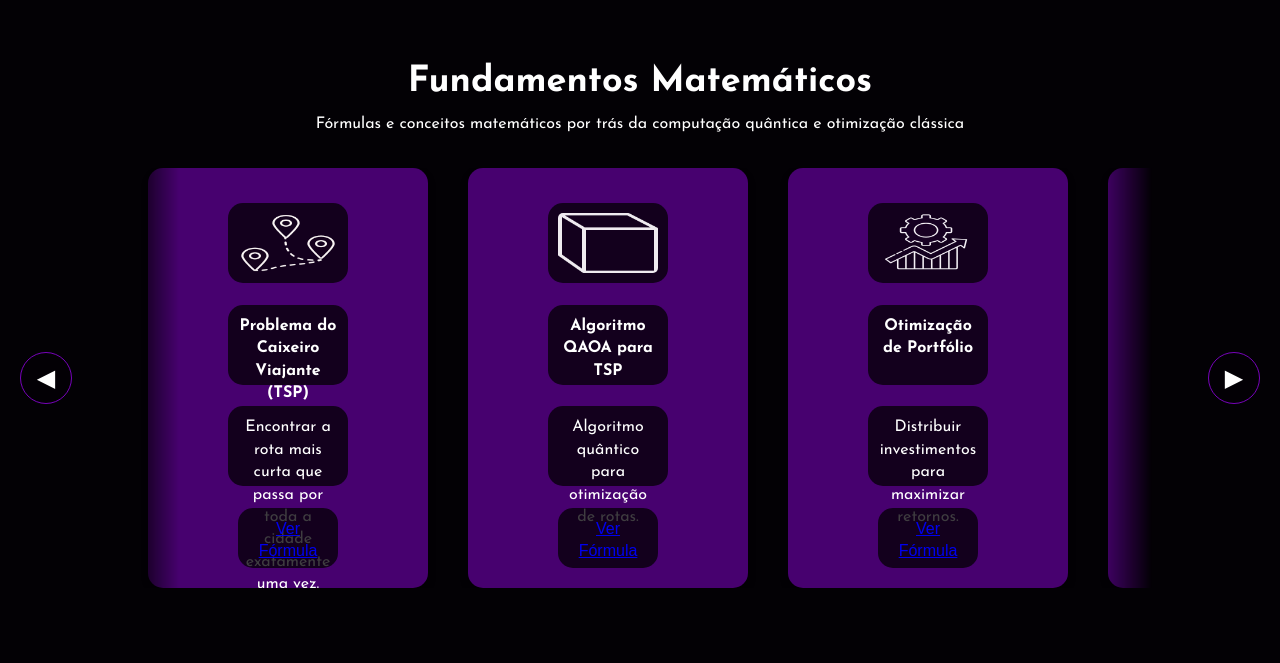
Repository: Everson9/Projeto-de-escalabilidade-quantica-definitivo
Page: fundamentos.html
An editor plug-in stored every save of this project. The page is shown before and after the next save, followed by the edit.
The browser window is 1280 px wide. The pictures show the whole page.

Above is the page before, as saved 2025-10-01 11:08:27.
Not found: script.js

After the next save:
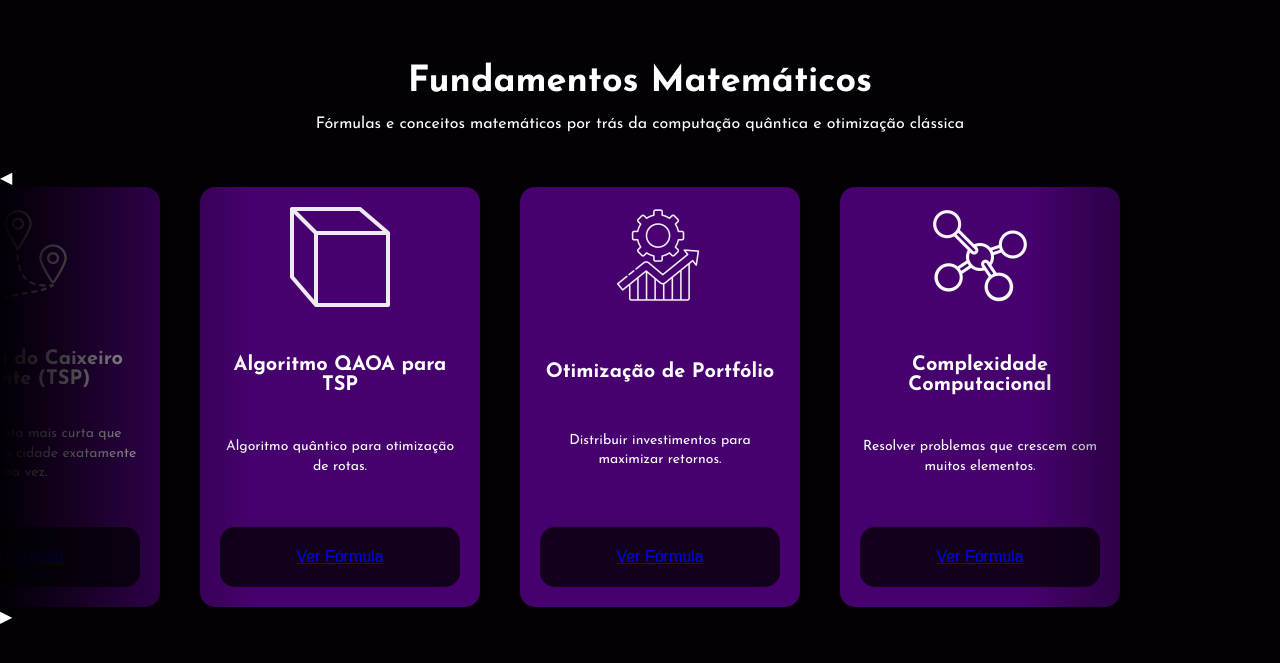
Saved 14 s later.
--- a/fundamentos.css
+++ b/fundamentos.css
@@ -9,7 +9,7 @@
     align-items: center;
     justify-content: flex-start;
     text-decoration: none;
-    overflow-x: hidden;
+    overflow-x: hidden; /* Esconde a barra de rolagem horizontal */
 }
 
 .fundamentos-matematicos {
@@ -24,7 +24,7 @@
     margin-bottom: 10px;
 }
 
-/* Estilos dos Cards (sem alterações) */
+/* Estilos dos Cards */
 .formula_1 {
     width: 240px;
     height: 380px;
@@ -35,17 +35,42 @@
     flex-direction: column;
     justify-content: space-between;
     box-shadow: 0 4px 8px rgba(0, 0, 0, 0.2);
-    margin: 0 20px;
-    flex-shrink: 0;
+    margin: 0 20px; /* Espaçamento entre os cards */
+    flex-shrink: 0; /* Impede que os cards encolham */
 }
 
-.formula_1 h4, .formula_1 p, .formula_1 img, .button {
-    /* ... seus estilos existentes para os elementos do card ... */
-    /* (copie e cole os estilos da versão anterior aqui) */
-    font-size: 20px; margin-bottom: 10px; text-align: center; /* h4 */
-    width: 100px; height: 100px; margin: 0 auto; /* img */
-    text-align: center; font-size: 14px; line-height: 1.4; margin-top: 10px; /* p */
-    background-color: #030105C2; border: none; padding: 10px; color: white; font-size: 16px; text-align: center; height: 60px; border-radius: 15px; cursor: pointer; text-decoration: none; margin-top: 15px; transition: background-color 0.3s; /* button */
+.formula_1 h4 {
+    font-size: 20px;
+    margin-bottom: 10px;
+    text-align: center;
+}
+
+.formula_1 img {
+    width: 100px;
+    height: 100px;
+    margin: 0 auto;
+}
+
+.formula_1 p {
+    text-align: center;
+    font-size: 14px;
+    line-height: 1.4;
+    margin-top: 10px;
+}
+
+.button {
+    background-color: #030105C2;
+    border: none;
+    padding: 10px;
+    color: white;
+    font-size: 16px;
+    text-align: center;
+    height: 60px;
+    border-radius: 15px;
+    cursor: pointer;
+    text-decoration: none;
+    margin-top: 15px;
+    transition: background-color 0.3s;
 }
 
 .button:hover {
@@ -53,57 +78,34 @@
     color: #030105;
 }
 
-/* --- Novas Classes para o Carrossel e Setas --- */
+/* --- Novas Classes para o Carrossel --- */
 
-.carousel-wrapper {
-    position: relative; /* Necessário para posicionar as setas */
+.carousel-container {
     width: 100%;
     display: flex;
-    align-items: center;
-    justify-content: center;
-}
-
-.carousel-container {
-    width: 80%; /* Ajuste a largura conforme necessário */
-    overflow: hidden;
-    -webkit-mask-image: linear-gradient(to right, transparent, black 5%, black 95%, transparent);
-    mask-image: linear-gradient(to right, transparent, black 5%, black 95%, transparent);
+    justify-content: flex-start; /* Alinha a trilha no início */
+    overflow: hidden; /* Essencial para esconder o que está fora da tela */
+    -webkit-mask-image: linear-gradient(to right, transparent, black 20%, black 80%, transparent);
+    mask-image: linear-gradient(to right, transparent, black 20%, black 80%, transparent);
 }
 
 .carousel-track {
-    display: flex;
-    /* Removemos a animação automática */
-    transition: transform 0.5s ease-in-out; /* Adiciona uma transição suave */
+    display: flex; /* Coloca os cards em linha */
+    animation: scroll 40s linear infinite; /* Aplica a animação */
 }
 
-.carousel-btn {
-    position: absolute;
-    top: 50%;
-    transform: translateY(-50%);
-    background-color: rgba(3, 1, 5, 0.8);
-    color: white;
-    border: 1px solid #7703BA;
-    border-radius: 50%;
-    width: 50px;
-    height: 50px;
-    display: flex;
-    align-items: center;
-    justify-content: center;
-    font-size: 24px;
-    cursor: pointer;
-    z-index: 10;
-    transition: background-color 0.3s, transform 0.2s;
+.carousel-container:hover .carousel-track {
+    animation-play-state: paused; /* Pausa a animação ao passar o mouse */
 }
 
-.carousel-btn:hover {
-    background-color: #7703BA;
-    transform: translateY(-50%) scale(1.1);
+/* Animação de Rolagem */
+@keyframes scroll {
+    0% {
+        transform: translateX(0);
+    }
+    100% {
+        /* Move a trilha para a esquerda pelo tamanho exato da primeira metade dos cards */
+        /* (240px de largura + 40px de margem) * 4 cards = 1120px */
+        transform: translateX(calc(-280px * 4));
+    }
 }
-
-#prev-btn {
-    left: 20px; /* Posição da seta esquerda */
-}
-
-#next-btn {
-    right: 20px; /* Posição da seta direita */
-}
